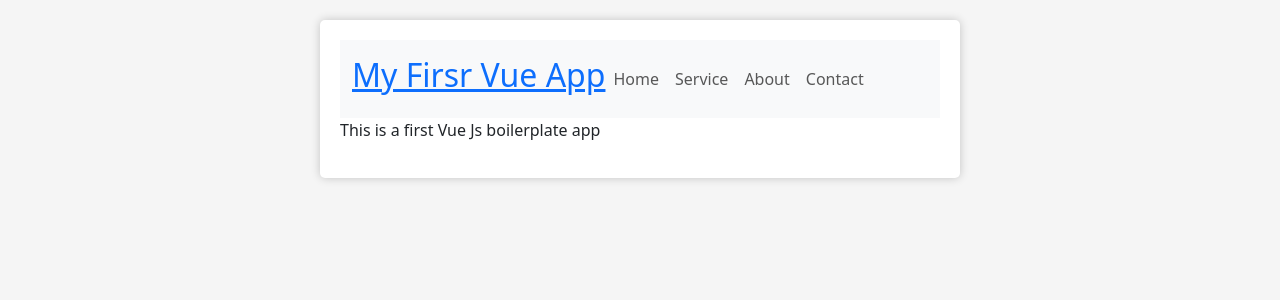
Repository: feyroozecode/intro-vue3-app
Page: index.html
The author's editor kept a copy of each file at every save. The page is drawn from the files as they stood at one save, then again after the next save.
The browser window is 1280 px wide. The pictures show the whole page.

Above is the page before, as saved 2023-08-14 08:39:02.

After the next save:
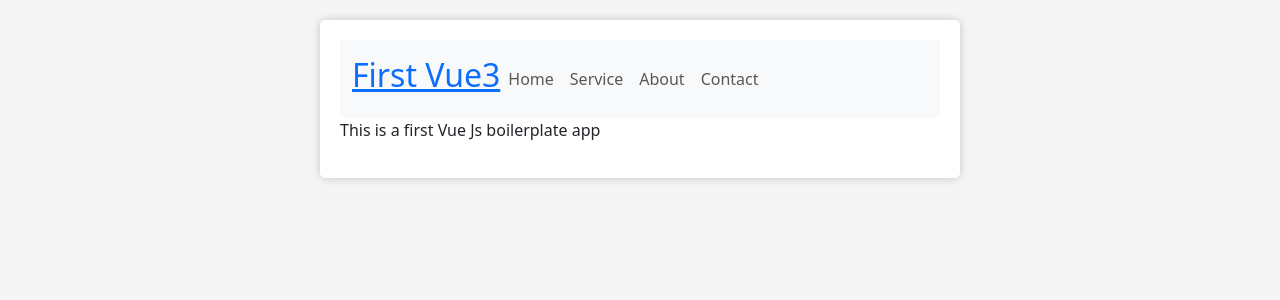
Saved 22 s later.
--- a/index.html
+++ b/index.html
@@ -49,7 +49,7 @@
             setup() {
                 const title = ref('Hello World');
                 return {
-                    title: "My Firsr Vue App",
+                    title: "First Vue3",
                     message: "This is a first Vue Js boilerplate app"
                 }
             }
